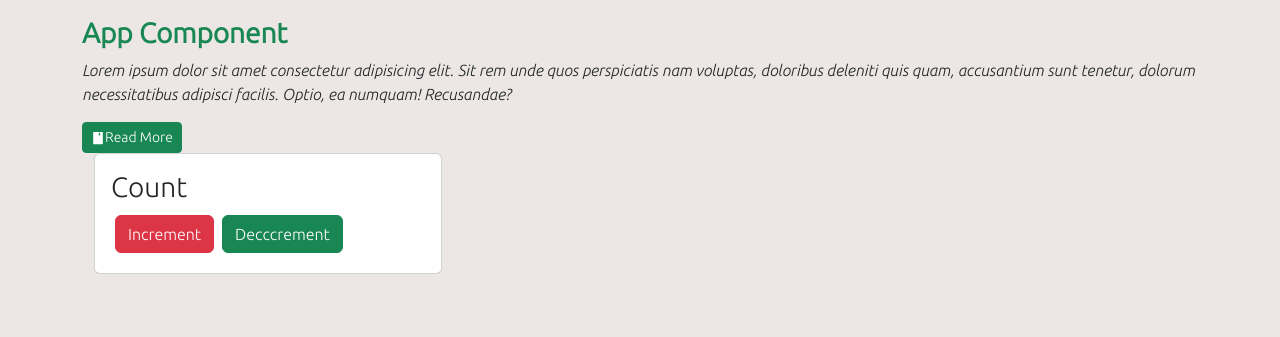
Repository: OmniaRafat232111121/employee_List
Page: /
These files come from the project's save history. The page is drawn as it stood at one moment and after a run of saves; the edit follows.
The browser window is 1280 px wide. The pictures show the whole page.
The project was rebuilt for these pictures with package versions that can differ from the ones it lists, and the page was loaded fresh each time.

Above is the page before, as saved 2022-09-09 12:41:36.

After the next 3 saves:
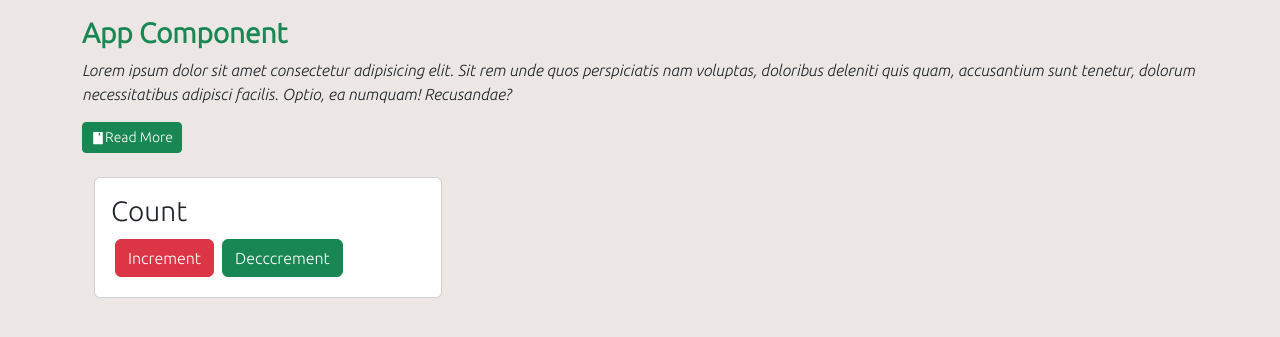
The 3 saves are shown as one change because they came seconds apart.
The last was saved 10 s later.
--- a/src/components/Counter.tsx
+++ b/src/components/Counter.tsx
@@ -12,7 +12,7 @@ const Counter: React.FC<ICounterProps> = (props) => {
      <div className="container">
         <div className="row">
             <div className="col-md-4">
-                <div className="card">
+                <div className="card mt-4">
                     <div className="card-body">
                         <p className="h3">Count</p>
                         <button className='btn btn-danger m-1'>Increment</button>
